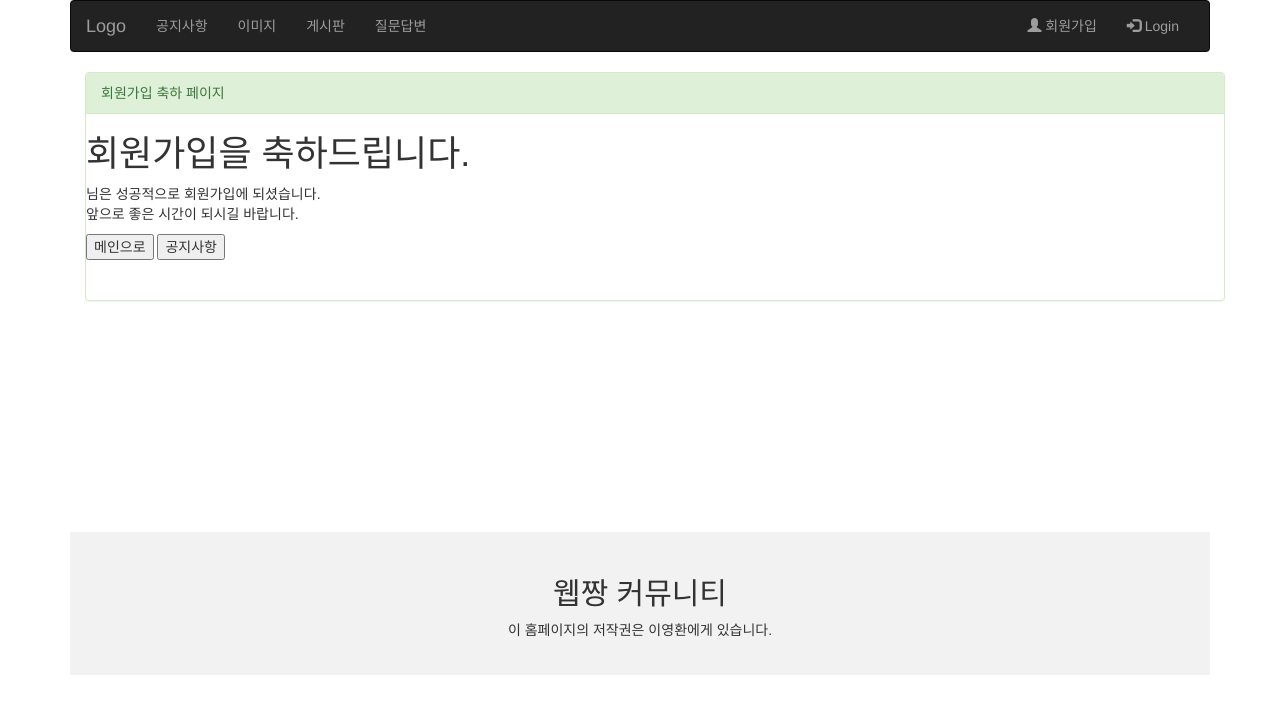
Repository: xo461/test
Page: http://localhost/webjjangcom_ver2/member/welcome.jsp
An editor plug-in stored every save of this project. The page is shown before and after the next save, followed by the edit.
The browser window is 1280 px wide. The pictures show the whole page.
Some web libraries are served in a nearby version. The page is served by Tomcat 9. The template is opened directly, without the code that normally fills it, so the values that code supplies are empty.

Above is the page before, as saved 2019-11-13 05:06:34.

After the next save:
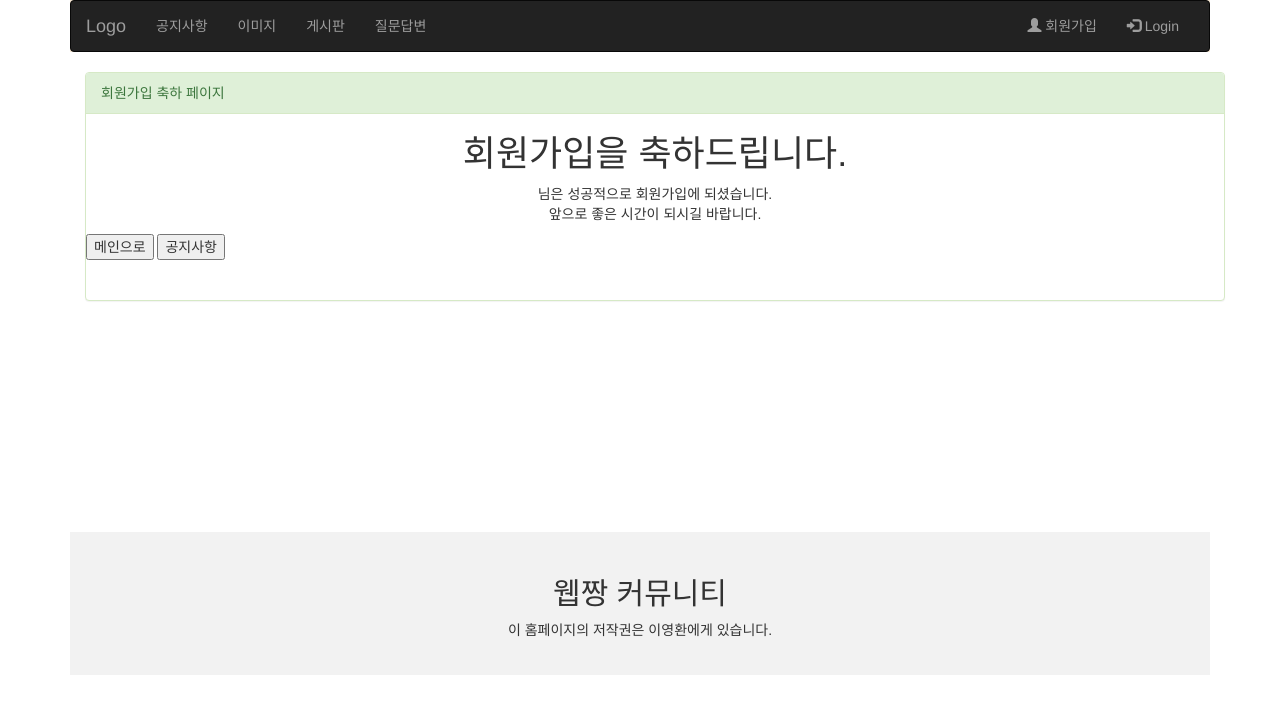
Saved 51 s later.
--- a/web/webjjangcom_ver2/WebContent/member/welcome.jsp
+++ b/web/webjjangcom_ver2/WebContent/member/welcome.jsp
@@ -19,9 +19,9 @@
       <div class="panel-heading">
       	회원가입 축하 페이지
       </div>
-			<h1> 회원가입을 축하드립니다.</h1>
+			<h1 align="center"> 회원가입을 축하드립니다.</h1>
 
-			<p>
+			<p align="center">
 			${param.id }님은 성공적으로 회원가입에 되셨습니다.<br/>
 			앞으로 좋은 시간이 되시길 바랍니다.
 			</p>
